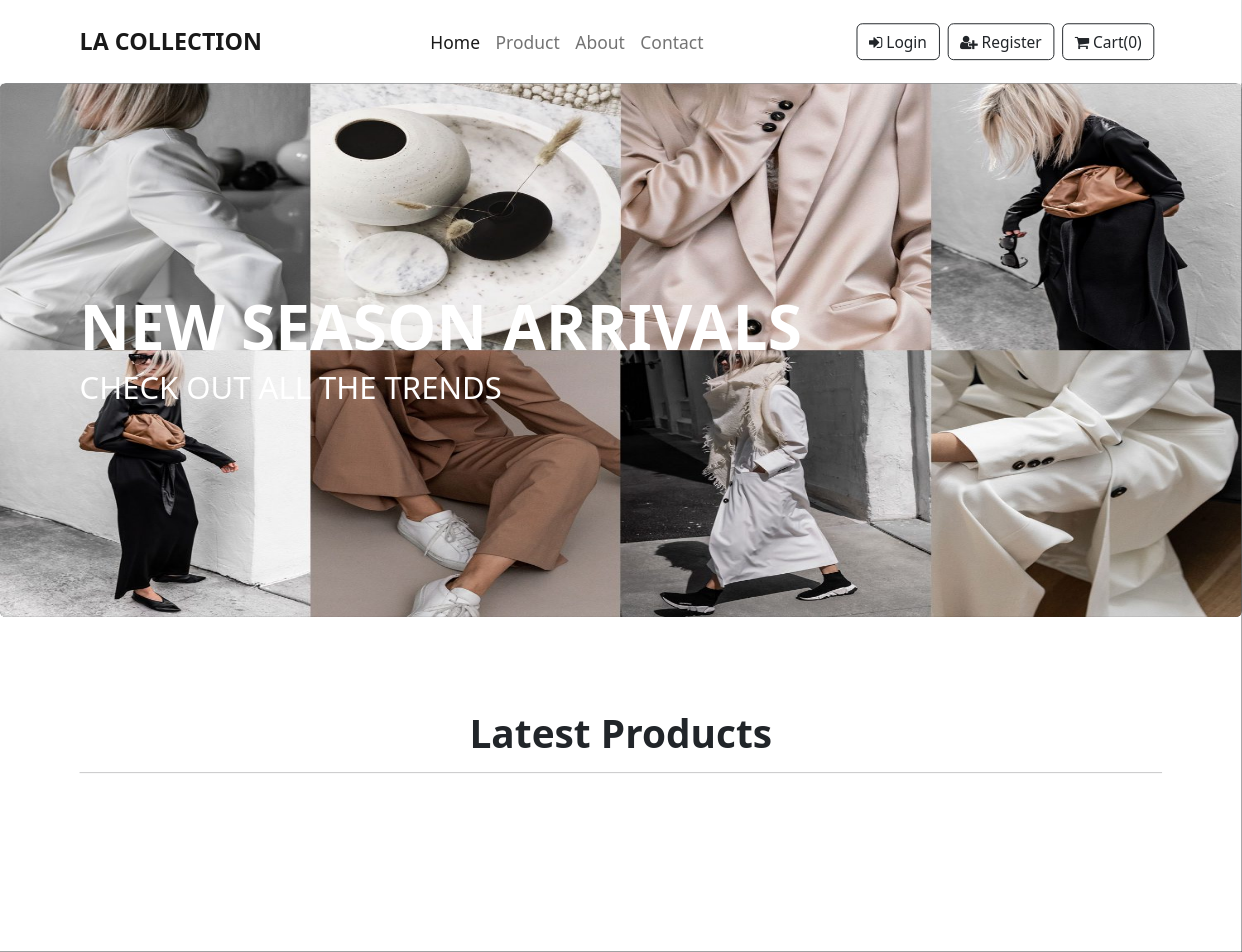
Repository: tiendungjr123/Ecommerce
Page: /about
The author's editor kept a copy of each file at every save. The page is drawn from the files as they stood at one save, then again after the next save.
The browser window is 1280 px wide. The pictures show the whole page, at 97% of full size.
The page's requests for data from a server got no answer. The project was rebuilt for these pictures with package versions that can differ from the ones it lists, and the page was loaded fresh each time. A package was used in the major version that the imports need, not the one package.json lists. No one was signed in, and anything a server would have sent is missing.

Above is the page before, as saved 2022-10-04 08:44:06.

After the next save:
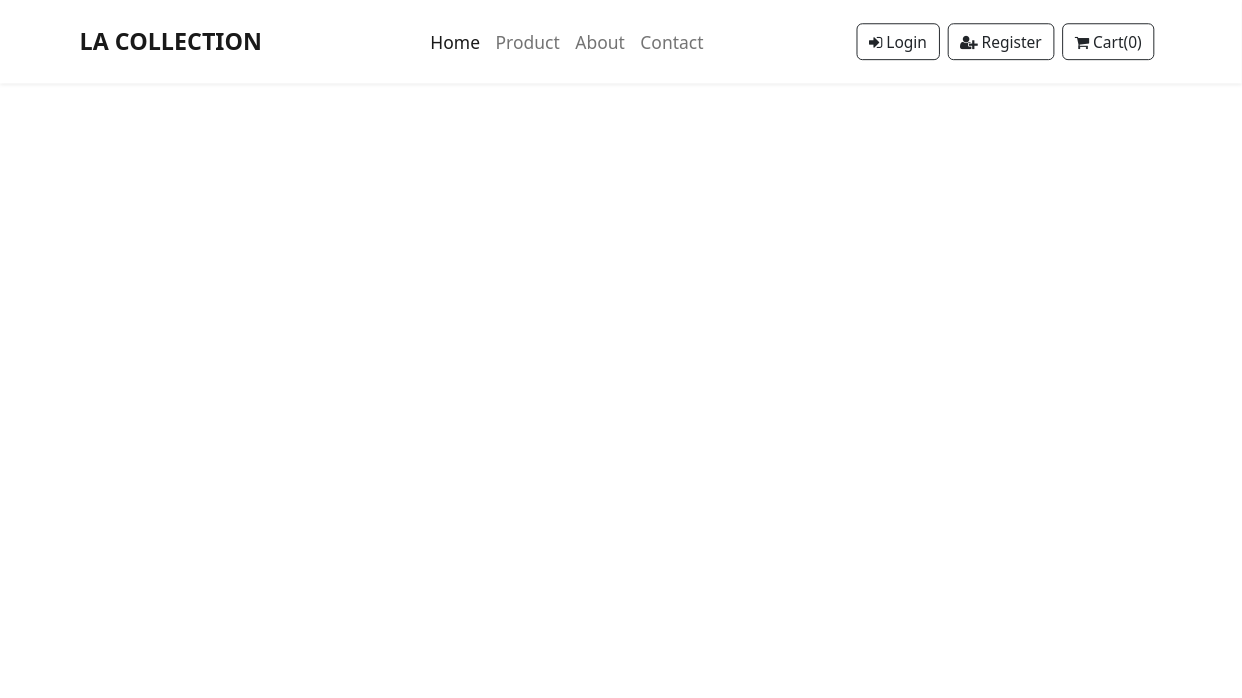
Saved 2 min 48 s later.
--- a/src/App.js
+++ b/src/App.js
@@ -2,11 +2,15 @@ import './App.css';
 import Home from './components/Home';
 import Navbar from './components/Navbar';
 import {Route, Switch} from 'react-router-dom';
+import Products from './components/Products';
 function App() {
    return (
       <>
          <Navbar/>
-         <Home/>
+         <Switch>
+            <Route exact path='/' component={Home}/>
+            <Route exact path='/products' component={Products}/>
+         </Switch>
       </>
    );
 }
